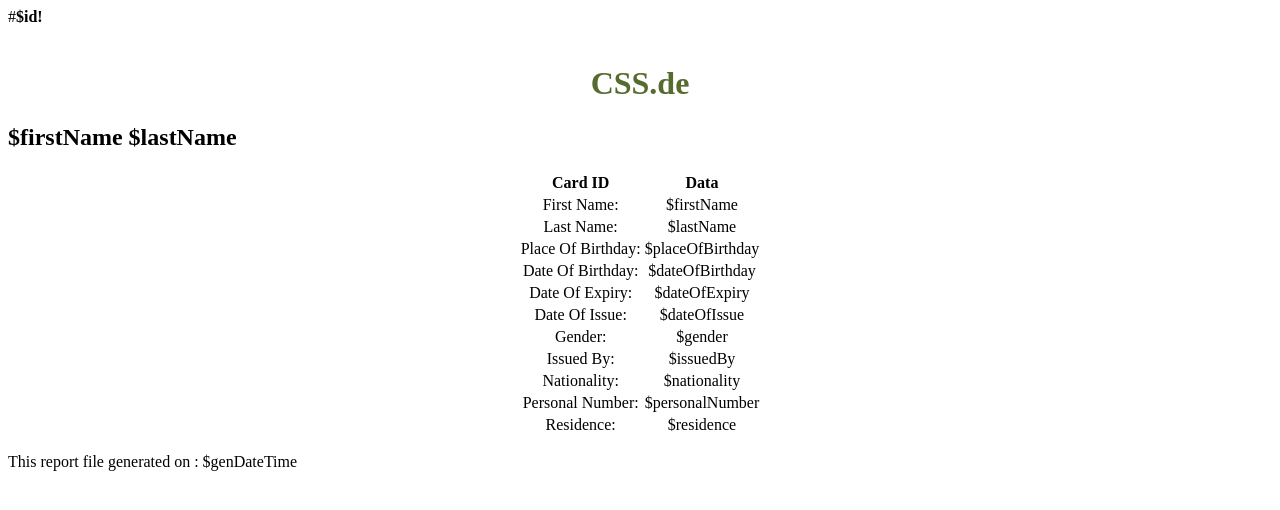
Repository: Len2/Topic4
Page: src/main/resources/templates/PDF_template.html
An editor plug-in stored every save of this project. The page is shown before and after the next save, followed by the edit.
The browser window is 1280 px wide. The pictures show the whole page.

Above is the page before, as saved 2020-09-07 11:25:23.

### src/main/resources/templates/PDF_template.html
<!DOCTYPE html>
<html>
<body>
#<b>$id!</b>
<br/>
<br/>
<div style="color: darkolivegreen; text-align: center;">
    <h1>CSS.de</h1>
</div>


<h2>$firstName $lastName</h2>
<div style="text-align: center;">
    <table style="margin-left: auto; margin-right: auto;">
        <tr>
          <th>Card ID</th>
          <th>Data</th>
        </tr>

        <tr>
          <td>First Name:</td>
          <td>$firstName</td>
        </tr>
        <tr>
          <td>Last Name:</td>
          <td>$lastName</td>
        </tr>
        <tr>
          <td>Place Of Birthday:</td>
          <td>$placeOfBirthday</td>
        </tr>
        <tr>
          <td>Date Of Birthday:</td>
          <td>$dateOfBirthday</td>
        </tr>
        <tr>
          <td>Date Of Expiry:</td>
          <td>$dateOfExpiry</td>
        </tr>
        <tr>
          <td>Date Of Issue:</td>
          <td>$dateOfIssue</td>
        </tr>
        <tr>
          <td>Gender:</td>
          <td>$gender</td>
        </tr>
        <tr>
          <td>Issued By:</td>
          <td>$issuedBy</td>
        </tr>
        <tr>
            <td>Nationality:</td>
            <td>$nationality</td>
          </tr>
        <tr>
          <td>Personal Number:</td>
          <td>$personalNumber</td>
        </tr>
        <tr>
          <td>Residence:</td>
          <td>$residence</td>
        </tr>
      </table>
</div>


<p>This report file generated on : $genDateTime</p>
</body>
</html>

After the next save:
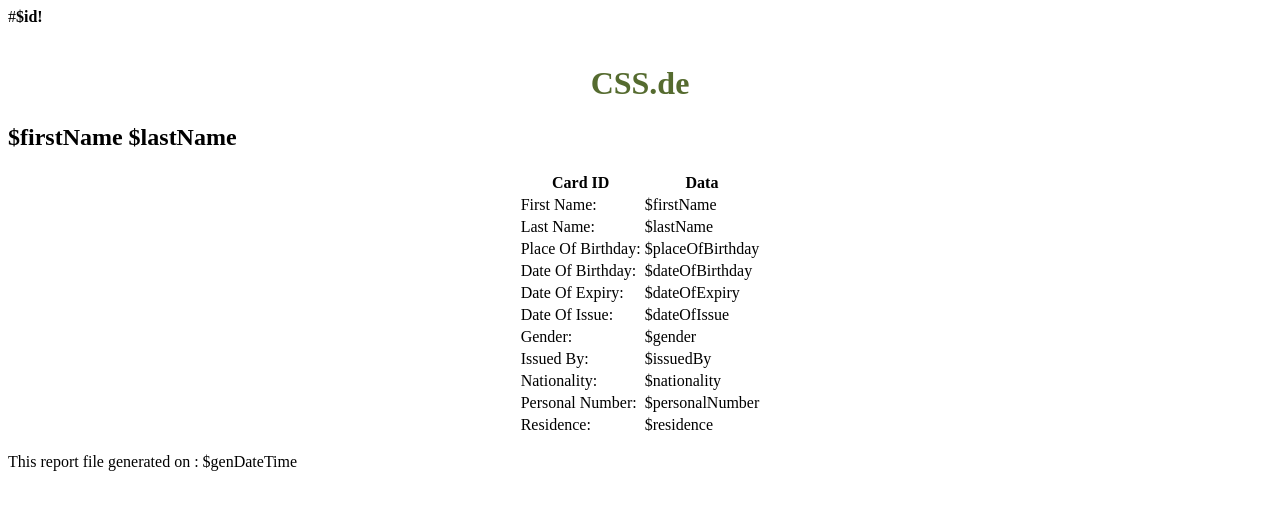
Saved 6 s later.
--- a/src/main/resources/templates/PDF_template.html
+++ b/src/main/resources/templates/PDF_template.html
@@ -10,7 +10,6 @@
 
 
 <h2>$firstName $lastName</h2>
-<div style="text-align: center;">
     <table style="margin-left: auto; margin-right: auto;">
         <tr>
           <th>Card ID</th>
